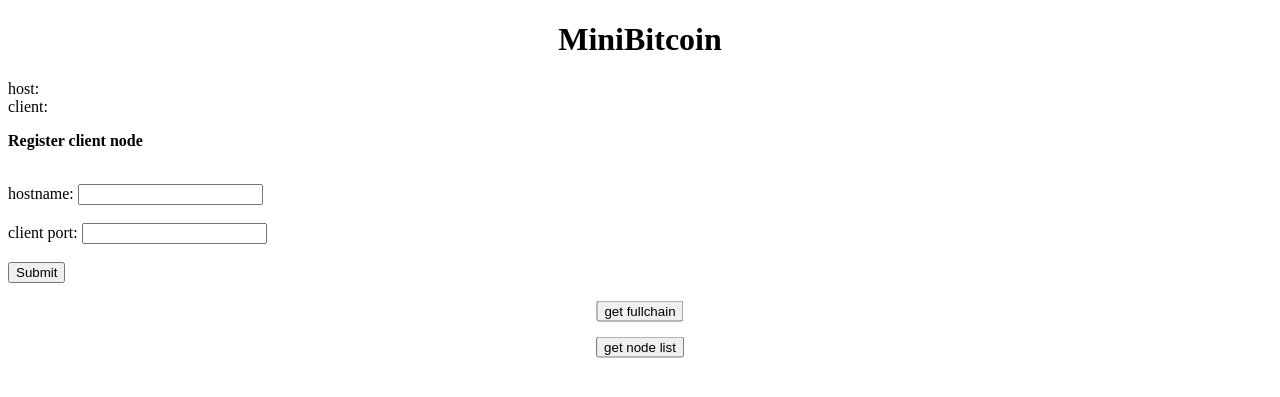
Repository: lam4562311/Minibitcoin
Page: http://localhost/
The author's editor kept a copy of each file at every save. The page is drawn from the files as they stood at one save, then again after the next save.
The browser window is 1280 px wide. The pictures show the whole page.
Some web libraries are served in a nearby version. The page is served by the project's application, run on Flask 3 (bitcoin-5003.py).

Above is the page before, as saved 2022-04-09 15:53:03.
Console error: ReferenceError: formSubmit is not defined

### templates/homepage.html
<!DOCTYPE html>
<html>
<head>
    <style>
        .center {
          margin:10px 0px 10px 0px;
          position: absolute;
          left: 50%;
          -ms-transform: translate(-50%, -50%);
          transform: translate(-50%, -50%);
        }
        </style>
</head>
    <body>

        <h1><center> MiniBitcoin </center></h1>
        <span> host:</span>
        <span id="hostname_span"></span><br>
        <span>client:</span>
        <span id="client_id_span"></span><br>
        <p><strong>Register client node</strong><br>
        </p>
        <br>
        <form  method="post" id="Register_form">
            <label for="hostname">hostname:</label>
            <input type="text" id="node" name="node"><br><br>
            <label for="port">client port:</label>
            <input type="text" id="com_port" name="com_port"><br><br>
            <input type="submit" value="Submit" id="form_submit">
        </form>

        <span id="fullchain_span"></span>
        <br>
        <div class="center">
            <button id="get_chain_bt">get fullchain</button>
        </div>
        <br>
        <span id="node_list_span"></span>
        <br>
        <div class="center">
            <button id="get_node_bt">get node list</button>
        </div>
        <br>
    <script src="//ajax.googleapis.com/ajax/libs/jquery/1.9.1/jquery.min.js"></script>
    <script src="{{url_for("static", filename="index.js")}}"></script>
    </body>
</html>

### bitcoin-5003.py
from operator import contains
import wx
from bitcoinclass import Transaction,Wallet,Block,Blockchain
from flask import Flask, jsonify, request, render_template, redirect, url_for, send_file
from urllib.parse import urlparse
import json
import re
import requests
import io
import logging
app = Flask(__name__)

#Flask API
@app.route('/new_transaction', methods=['POST'])
def new_transaction():
    values = request.form

    # Check that the required fields are in the PoST'ed data
    required = ['recipient_address', 'amount']
    if not all(k in values for k in required):
        return 'Missing values', 400

    #Create a new Transaction
    transaction = Transaction(myWallet.identity, values['recipient_address'], values[ 'amount'])
    transaction.add_signature(myWallet.sign_transaction(transaction))
    transaction_result = blockchain.add_new_transaction(transaction)

    if transaction_result:
        response = { 'message': 'Transaction will be added to Block'}
        return jsonify(response), 201
    else:
        response = {'message': 'Invalid Transaction!'}
        return jsonify(response), 406

@app.route( '/get_transactions' , methods=[ 'GET'])
def get_transactions():
    #Get transactions from transactions pool
    transactions = blockchain.unconfirmed_transactions
    response = {'transactions' : transactions}
    return jsonify(response), 200

@app.route('/chain', methods=['GET'])
def last_ten_blocks():
    response = {
        'chain' : blockchain.chain[-10:],
        'length': len(blockchain.chain),
    }
    return jsonify(response), 200


@app.route('/fullchain', methods=['GET'])
def full_chain():
    response = {
    'chain' : json.dumps(blockchain.chain),
    'length' : len(blockchain.chain),
    }
    return jsonify (response), 200

@app.route('/get_nodes', methods=['GET'])
def get_nodes():
    nodes = list(blockchain.nodes)
    response = {'nodes' : nodes}
    return jsonify(response), 200

@app.route('/register_node', methods=['POST'])
def register_node():
    values = request.form
    node = values.get('node')
    com_port = values.get('com_port')
    if node is None and com_port is None:
        return "Error: Please supply a valid list of nodes", 400
    if com_port is not None:
        blockchain.register_node(request.remote_addr + ":" + com_port)
        node = request.remote_addr + ":" + com_port
        app.logger.warning(node)
    else:
        blockchain.register_node(node)
    node_list = requests.get('http://' + node + '/get_nodes')
    if node_list.status_code == 200:
        node_list = node_list.json()['nodes']
        for node in node_list:
            blockchain.register_node( node)

    for new_nodes in blockchain.nodes:
        requests.post( 'http://' + new_nodes + '/register_node' , data={'com_port':str(port)})

    replaced = blockchain.consensus()
    if replaced:
        app.logger.warning('replaced')
        response ={
        'message' : 'Longer authoritative chain found from peers, replacing ours' ,
        'total_nodes ' : [node for node in blockchain.nodes]}
    else:
        response ={
        'message': 'New nodes have been added,but our chain is authoritative',
        'total_nodes' : [node for node in blockchain.nodes]
    }
    return jsonify(response), 201

@app.route('/consensus', methods=['GET'])
def consensus():
    replaced = blockchain.consensus()
    if replaced:
        app.logger.info('replaced')
        response = {
            'message' : 'our chain was replaced',
        }
    else:
        app.logger.info('not replaced')
        response = {
        'message ' : 'our chain is authoritative',
        }
    return jsonify(response), 200

@app.route('/mine', methods=[ 'GET'])
def mine():
    blockchain.boardcast_transactions(request.host)

    newblock = blockchain.mine(myWallet)
    for node in blockchain.nodes:
        ans = requests.get('http://' + node + '/consensus')
        app.logger.info(ans)
    response = {
        'index' : newblock.index,
        'transactions' : newblock.transactions,
        'timestamp' : newblock.timestamp,
        'nonce' : newblock.nonce,
        'hash' : newblock.hash,
        'previous_hash' : newblock.previous_hash
    }
    return jsonify( response), 200

@app.route('/import_key', methods=['POST'])
def import_key():
    f = request.files['file']
    blob = f.read()
    myWallet.import_key(blob)
    return 'key imported successfully'

@app.route('/export_key', methods=['GET'])
def export_key():
    blob = myWallet.export_key()
    return send_file(
        io.BytesIO(blob),
        mimetype='application/octet-stream',
        as_attachment = True,
        attachment_filename = "keyfile")

@app.route('/get_status', methods=['GET'])
def get_status():
    response ={
        'public_key' : myWallet.identity,
        'balance': blockchain.get_balance(myWallet.identity)
    }
    return jsonify(response),200

@app.route('/update_balance', methods=['PUT'])
def update_balance():
    myWallet.balance = blockchain.get_balance(myWallet.identity)
    response = {'message': 'Balance updated'}
    return jsonify(response), 200

@app.route('/sync_transactions', methods=['GET'])
def sync_transactions():
    result = blockchain.boardcast_transactions(request.host)
    if result:
        response = {
            'message': 'Synchronized Transactions'
        }
    else:
        resonse = {'message': 'False'}
    return jsonify(resonse), 200

@app.route('/')
def index():
    return render_template('homepage.html')

if __name__ == '__main__':
    myWallet = Wallet()
    blockchain = Blockchain()
    port = 5003
    app.logger.setLevel(logging.DEBUG)
    app.run(host='127.0.0.1', port=port, debug = True)

### static/index.js
let get_chain_bt = document.querySelector("#get_chain_bt");
let get_node_bt = document.querySelector("#get_node_bt");

let full_chain_span = document.querySelector("#fullchain_span")
let full_node_span = document.querySelector("#node_list_span")
let hostname_span = document.querySelector("#hostname_span")
let client_id_span = document.querySelector("#client_id_span")

let Register_node_submit_listener = document.getElementById("Register_form").addEventListener("submit", formSubmit);

hostname_span.innerHTML = window.location.hostname;
client_id_span.innerHTML = window.location.port;

function get_full_chain(){
    $.ajax({
        type: "GET",
        contentType: "application/json; charset=utf-8",
        url:"/fullchain",
        dataType: "json",
        success: (data) => {
            full_chain_span.innerHTML = JSON.stringify(data);
        }
    });
    querystring = window.location.search;
}

function get_node_list(){
    $.ajax(
        {
            type: "GET",
            contentType: "application/json; charset: utf-8",
            url:"/get_nodes",
            dataType: "json",
            success: (data) => {
                full_node_span.innerHTML = JSON.stringify(data);
            }
        }
    )
}
function attachFormSubmitEvent(Register_form){

}
$(get_chain_bt).click(()=>get_full_chain());
$(get_node_bt).click(()=>get_node_list());

After the next save:
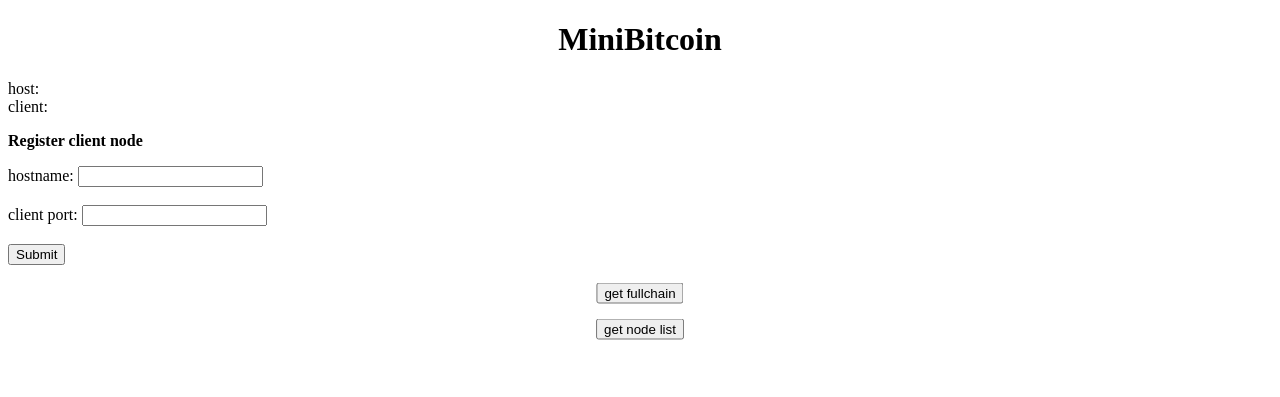
Saved 4 min 14 s later.
--- a/templates/homepage.html
+++ b/templates/homepage.html
@@ -20,7 +20,6 @@
         <span id="client_id_span"></span><br>
         <p><strong>Register client node</strong><br>
         </p>
-        <br>
         <form  method="post" id="Register_form">
             <label for="hostname">hostname:</label>
             <input type="text" id="node" name="node"><br><br>
@@ -28,6 +27,7 @@
             <input type="text" id="com_port" name="com_port"><br><br>
             <input type="submit" value="Submit" id="form_submit">
         </form>
+        <span id="register_node_span"></span>
 
         <span id="fullchain_span"></span>
         <br>
